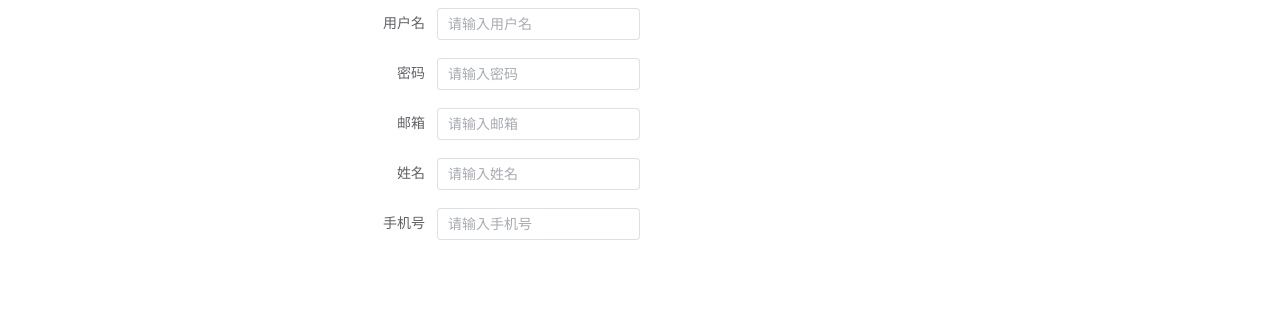
Repository: Mickey1216/yzkj_login_demo
Page: /register
The author's editor kept a copy of each file at every save. The page is drawn from the files as they stood at one save, then again after the next save.
The browser window is 1280 px wide. The pictures show the whole page.
The project was rebuilt for these pictures with package versions that can differ from the ones it lists, and the page was loaded fresh each time. Also part of the build but not shown: vite.config.js, src/views/Login.vue.

Above is the page before, as saved 2023-07-04 14:39:19.

### src/main.js
import './assets/main.css'
import { createApp } from 'vue'
import App from './App.vue'
import router from './router'
import ElementPlus from 'element-plus'
import 'element-plus/dist/index.css'

const app = createApp(App)
app.use(router)
app.use(ElementPlus)
app.mount('#app')

### src/assets/main.css
#app {
  max-width: 1280px;
  margin: 0 auto;
  padding: 2rem;

  font-weight: normal;
}

a,
.green {
  text-decoration: none;
  color: hsla(160, 100%, 37%, 1);
  transition: 0.4s;
}

@media (hover: hover) {
  a:hover {
    background-color: hsla(160, 100%, 37%, 0.2);
  }
}

@media (min-width: 1024px) {
  body {
    display: flex;
    place-items: center;
  }

  #app {
    display: grid;
    grid-template-columns: 1fr 1fr;
    padding: 0 2rem;
  }
}

### src/App.vue
<template>
  <div class="ct">
    <routerView/>
  </div>
</template>

<script setup>

</script>

<style scoped>

</style>

### src/router/index.js
import { createRouter, createWebHistory } from 'vue-router'
import RegisterView from '../views/Register.vue'
import LoginView from '../views/Login.vue'

const router = createRouter({
  history: createWebHistory(import.meta.env.BASE_URL),
  routes: [
    {
      path: '/register',
      name: 'home',
      component: RegisterView
    },
    {
      path: '/login',
      name: 'login',
      component: LoginView
    }
  ]
})

export default router

### src/views/Register.vue
<template>
  <el-form :model="form" label-width="120px">
    <el-form-item label="用户名">
      <el-input placeholder="请输入用户名" v-model="form.name"/>
    </el-form-item>
    <el-form-item label="密码">
      <el-input placeholder="请输入密码" v-model="form.password"/>
    </el-form-item>
    <el-form-item label="邮箱">
      <el-input placeholder="请输入邮箱" v-model="form.email"/>
    </el-form-item>
    <el-form-item label="姓名">
      <el-input placeholder="请输入姓名" v-model="form.name"/>
    </el-form-item>
    <el-form-item label="手机号">
      <el-input placeholder="请输入手机号" v-model="form.phone"/>
    </el-form-item>
  </el-form>
</template>

<script setup>
import { reactive } from 'vue'

const form = reactive({
  name: '',
  password: '',
  email: '',
  name: '',
  phone: '',
})
</script>

<style scoped>

</style>

Loaded but not shown: index.html (common file)

After the next save:
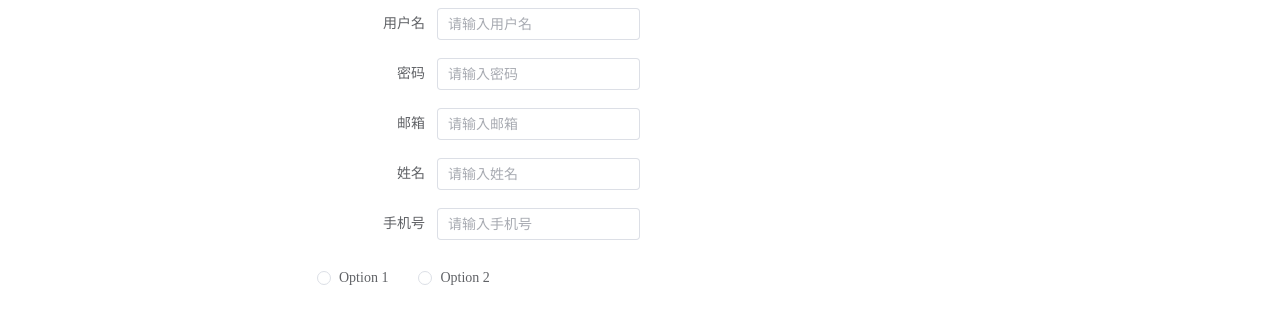
Saved 30 s later.
--- a/src/views/Register.vue
+++ b/src/views/Register.vue
@@ -15,6 +15,11 @@
     <el-form-item label="手机号">
       <el-input placeholder="请输入手机号" v-model="form.phone"/>
     </el-form-item>
+
+    <el-radio-group v-model="radio1" class="ml-4">
+      <el-radio label="1" size="large">Option 1</el-radio>
+      <el-radio label="2" size="large">Option 2</el-radio>
+    </el-radio-group>
   </el-form>
 </template>
 
